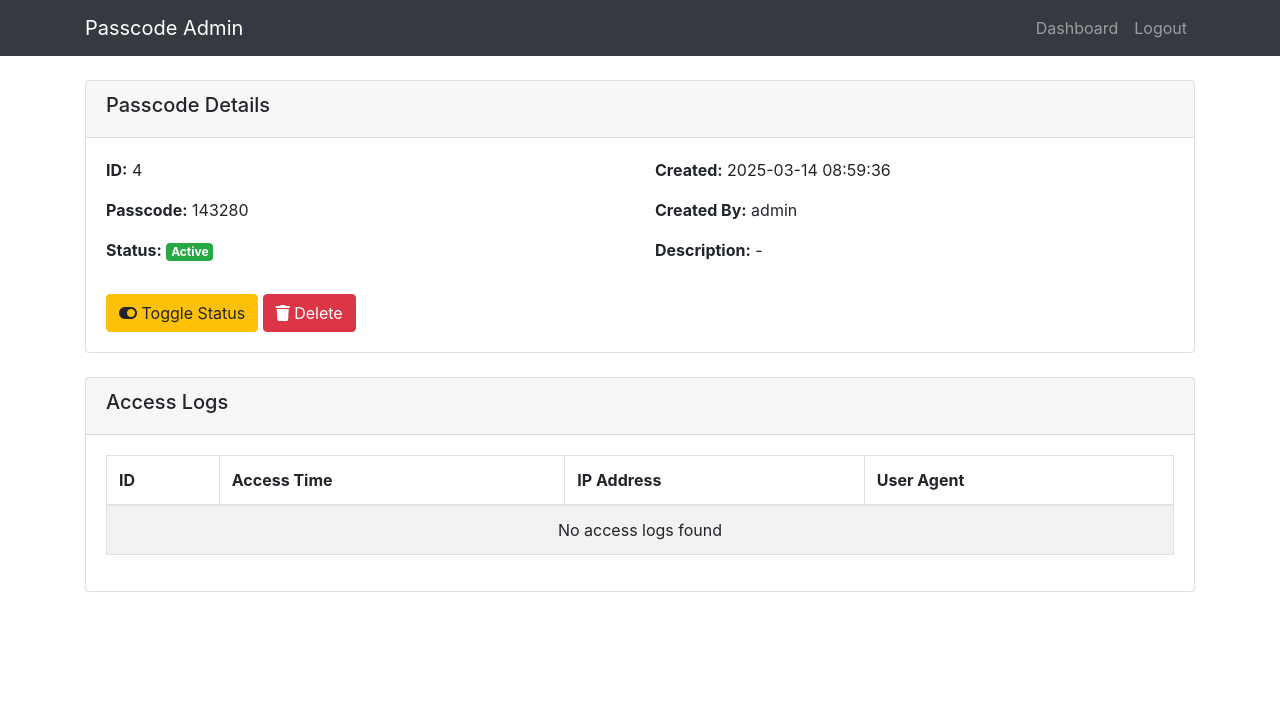
Repository: mahadev110/saravportfolio
Page: http://localhost/manage/passcode_details.php?id=4
An editor plug-in stored every save of this project. The page is shown before and after the next save, followed by the edit.
The browser window is 1280 px wide. The pictures show the whole page.
The page is run by PHP 8.4 with error messages shown; the project is at /var/www/html/. The session is filled in as if someone had signed in: {"admin_logged_in": true}. The database holds what the project's SQL file puts in it. Queries for data that is not in the repository find no rows.

Above is the page before, as saved 2025-03-15 13:18:27.

After the next save:
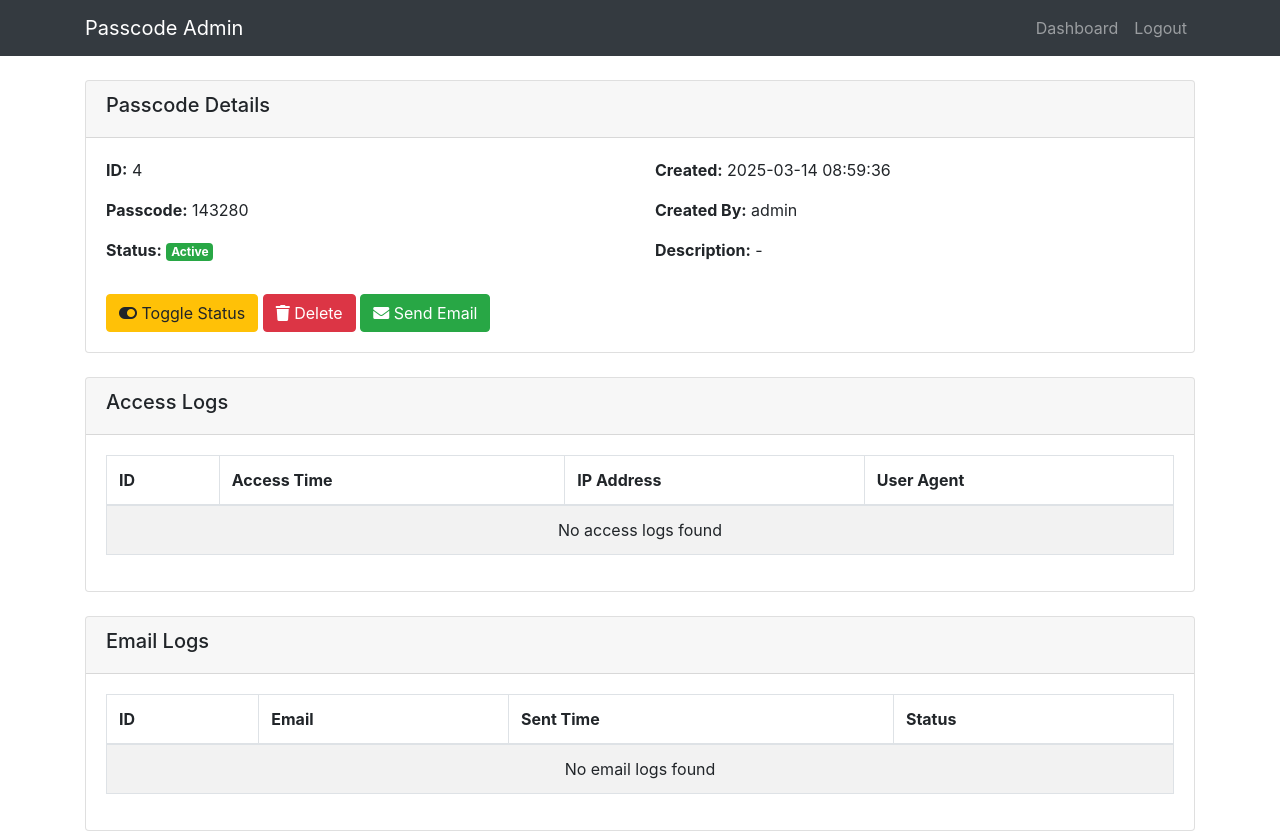
Saved 60 s later.
--- a/manage/passcode_details.php
+++ b/manage/passcode_details.php
@@ -1,4 +1,5 @@
 <?php
+// passcode_details.php
 // passcode_details.php
 require_once '../includes/config.php';
 require_once 'admin_auth.php';
@@ -18,6 +19,94 @@ $passcode = getPasscodeDetails($conn, $passcodeId);
 if (!$passcode) {
     header('Location: admin_dashboard.php');
     exit;
+}
+
+// Get email logs for this passcode
+$emailLogs = getPasscodeEmailLogs($conn, $passcodeId);
+
+// Handle send email from this page
+$message = '';
+if ($_SERVER['REQUEST_METHOD'] === 'POST' && isset($_POST['send_email'])) {
+    $email = filter_var($_POST['email'], FILTER_VALIDATE_EMAIL);
+    $accessUrl = getAccessUrl();
+
+    if ($email) {
+        $result = sendPasscodeEmail($email, $passcode['passcode'], $accessUrl);
+
+        if ($result) {
+            $message = 'Email sent successfully to ' . $email;
+        } else {
+            $message = 'Failed to send email. Please check your server configuration.';
+        }
+    } else {
+        $message = 'Please enter a valid email address.';
+    }
+}
+
+/**
+ * Get the access URL for the protected page
+ */
+function getAccessUrl() {
+    $protocol = (!empty($_SERVER['HTTPS']) && $_SERVER['HTTPS'] !== 'off' || $_SERVER['SERVER_PORT'] == 443) ? "https://" : "http://";
+    $domainName = $_SERVER['HTTP_HOST'];
+    $path = rtrim(dirname($_SERVER['PHP_SELF']), '/admin');
+    return $protocol . $domainName . $path . '/index.php';
+}
+
+/**
+ * Send passcode email
+ */
+function sendPasscodeEmail($email, $passcode, $accessUrl) {
+    global $conn;
+
+    // Get passcode ID from passcode value
+    $stmt = $conn->prepare("SELECT id FROM passcodes WHERE passcode = ?");
+    $stmt->bind_param("s", $passcode);
+    $stmt->execute();
+    $result = $stmt->get_result();
+    $row = $result->fetch_assoc();
+    $passcodeId = $row['id'];
+    $stmt->close();
+
+    $subject = "Your Access Passcode";
+
+    $message = "
+    <html>
+    <head>
+        <title>Your Access Passcode</title>
+    </head>
+    <body>
+        <div style='max-width: 600px; margin: 0 auto; padding: 20px; font-family: Arial, sans-serif;'>
+            <h2>Your Access Passcode</h2>
+            <p>You have been granted access to our protected content.</p>
+            <p>Please use the following passcode to gain access:</p>
+            <div style='background-color: #f0f0f0; padding: 15px; text-align: center; font-size: 24px; font-weight: bold; letter-spacing: 5px; margin: 20px 0;'>
+                {$passcode}
+            </div>
+            <p>Access the protected content at:</p>
+            <p><a href='{$accessUrl}' style='color: #3498db;'>{$accessUrl}</a></p>
+            <p>This passcode is confidential. Please do not share it with others.</p>
+            <hr>
+            <p style='font-size: 12px; color: #777;'>This is an automated message. Please do not reply to this email.</p>
+        </div>
+    </body>
+    </html>
+    ";
+
+    // Set content-type header for sending HTML email
+    $headers = "MIME-Version: 1.0" . "\r\n";
+    $headers .= "Content-type:text/html;charset=UTF-8" . "\r\n";
+    $headers .= "From: noreply@" . $_SERVER['HTTP_HOST'] . "\r\n";
+
+    $mailResult = mail($email, $subject, $message, $headers);
+
+    // Log the email sending attempt
+    if ($passcodeId) {
+        $status = $mailResult ? 'success' : 'failed';
+        logPasscodeEmail($conn, $passcodeId, $email, $status);
+    }
+
+    return $mailResult;
 }
 ?>
 
@@ -46,6 +135,14 @@ if (!$passcode) {
     </nav>
 
     <div class="container mt-4">
+        <?php if ($message): ?>
+            <div class="alert alert-info alert-dismissible fade show"><?php echo $message; ?>
+                <button type="button" class="close" data-dismiss="alert" aria-label="Close">
+                    <span aria-hidden="true">&times;</span>
+                </button>
+            </div>
+        <?php endif; ?>
+
         <div class="card mb-4">
             <div class="card-header">
                 <h5>Passcode Details</h5>
@@ -76,11 +173,14 @@ if (!$passcode) {
                     <a href="admin_dashboard.php?delete=<?php echo $passcode['id']; ?>" class="btn btn-danger" onclick="return confirm('Are you sure you want to delete this passcode?')">
                         <i class="fas fa-trash"></i> Delete
                     </a>
+                    <button type="button" class="btn btn-success" data-toggle="modal" data-target="#emailModal">
+                        <i class="fas fa-envelope"></i> Send Email
+                    </button>
                 </div>
             </div>
         </div>
 
-        <div class="card">
+        <div class="card mb-4">
             <div class="card-header">
                 <h5>Access Logs</h5>
             </div>
@@ -115,10 +215,40 @@ if (!$passcode) {
                 </div>
             </div>
         </div>
-    </div>
-
-    <script src="https://code.jquery.com/jquery-3.5.1.slim.min.js"></script>
-    <script src="https://cdn.jsdelivr.net/npm/popper.js@1.16.1/dist/umd/popper.min.js"></script>
-    <script src="https://stackpath.bootstrapcdn.com/bootstrap/4.5.2/js/bootstrap.min.js"></script>
-</body>
-</html>
+
+        <div class="card">
+            <div class="card-header">
+                <h5>Email Logs</h5>
+            </div>
+            <div class="card-body">
+                <div class="table-responsive">
+                    <table class="table table-bordered table-striped">
+                        <thead>
+                            <tr>
+                                <th>ID</th>
+                                <th>Email</th>
+                                <th>Sent Time</th>
+                                <th>Status</th>
+                            </tr>
+                        </thead>
+                        <tbody>
+                            <?php if (empty($emailLogs)): ?>
+                                <tr>
+                                    <td colspan="4" class="text-center">No email logs found</td>
+                                </tr>
+                            <?php else: ?>
+                                <?php foreach ($emailLogs as $log): ?>
+                                    <tr>
+                                        <td><?php echo $log['id']; ?></td>
+                                        <td><?php echo $log['email']; ?></td>
+                                        <td><?php echo $log['sent_time']; ?></td>
+                                        <td>
+                                            <?php if ($log['status'] == 'success'): ?>
+                                                <span class="badge badge-success">Success</span>
+                                            <?php else: ?>
+                                                <span class="badge badge-danger">Failed</span>
+                                            <?php endif; ?>
+                                        </td>
+                                    </tr>
+                                <?php endforeach; ?>
+                            <?php endif; ?>
